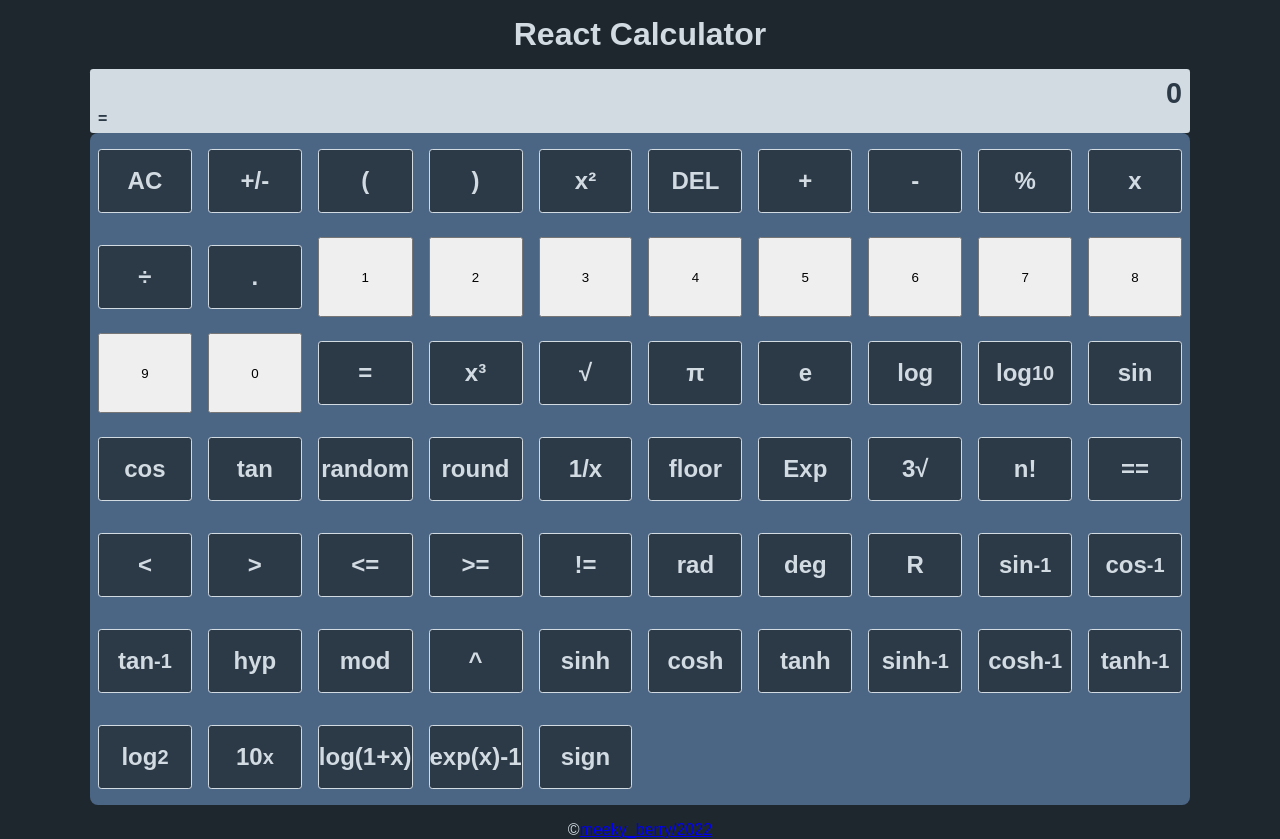
Repository: MikkyPrestige/calculator
Page: /
An editor plug-in stored every save of this project. The page is shown before and after the next save, followed by the edit.
The browser window is 1280 px wide. The pictures show the whole page.
The pointer rests on the first visible `.operator`.
The project was rebuilt for these pictures with package versions that can differ from the ones it lists, and the page was loaded fresh each time.

Above is the page before, as saved 2022-11-17 21:56:37.

After the next save:
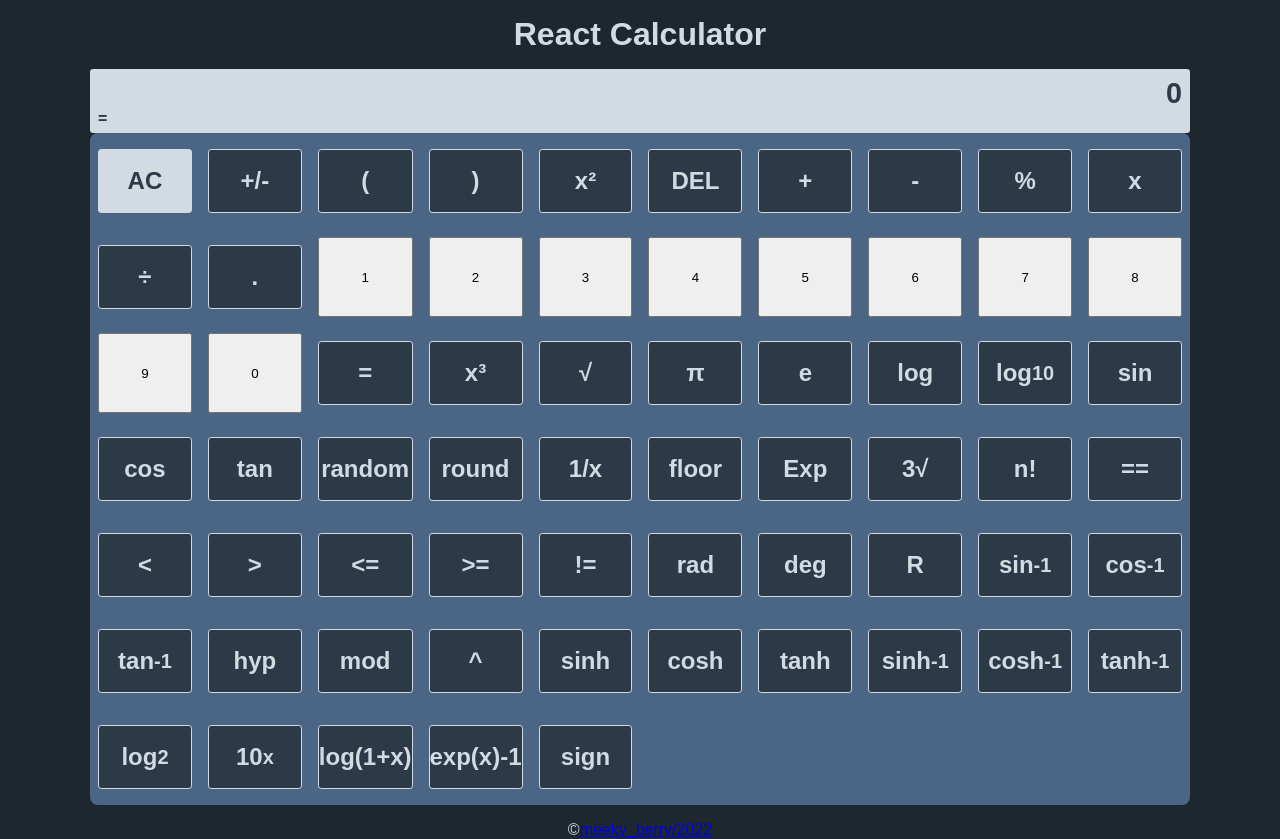
Saved 26 s later.
--- a/src/index.css
+++ b/src/index.css
@@ -72,6 +72,12 @@ body {
  border-radius: .2rem;
  border: 1px solid #d2dae2;
  margin: .5rem 0;
+}
+
+.operator:hover {
+ background-color: #d2dae2;
+ color: #2C3A47;
+ cursor: pointer;
 }
 /*
 
